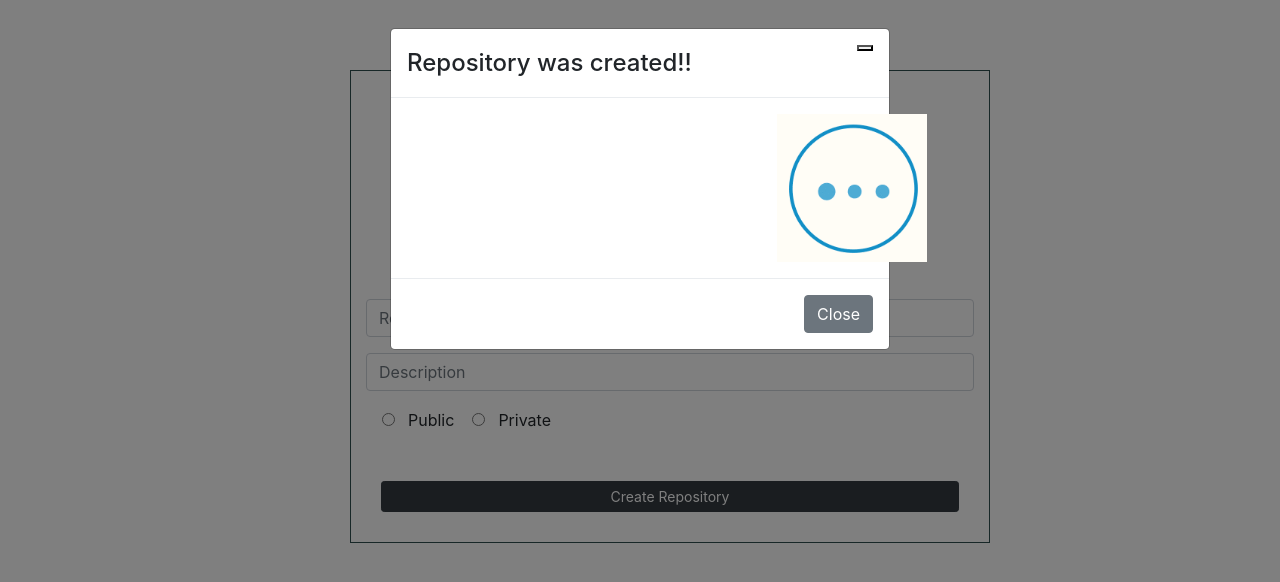
Repository: rashmikagamage/OAuth-Implementation
Page: /auth/github/callback (app in frontend/), after clicking the first element matching `button.btn`
These files come from the project's save history. The page is drawn as it stood at one moment and after the next save; the edit follows.
The browser window is 1280 px wide. The pictures show the whole page.
The page's requests for data from a server got no answer. Some web libraries are served in a nearby version. The project was rebuilt for these pictures with package versions that can differ from the ones it lists, and the page was loaded fresh each time. No one was signed in, and anything a server would have sent is missing. Also part of the build but not shown: frontend/src/css/twitter.css, frontend/src/components/login.js, frontend/src/components/twitter-home.js, frontend/src/components/login-git.js, frontend/src/App.css.

Above is the page before, as saved 2021-10-01 10:39:09.

### frontend/public/index.html
<!DOCTYPE html>
<html lang="en">
  <head>
    <meta charset="utf-8" />
    <link rel="icon" href="%PUBLIC_URL%/favicon.ico" />
    <meta name="viewport" content="width=device-width, initial-scale=1" />
    <meta name="theme-color" content="#000000" />
    <meta
      name="description"
      content="Web site created using create-react-app"
    />
    <link rel="apple-touch-icon" href="%PUBLIC_URL%/logo192.png" />
    <!--
      manifest.json provides metadata used when your web app is installed on a
      user's mobile device or desktop. See https://developers.google.com/web/fundamentals/web-app-manifest/
    -->
    <link rel="manifest" href="%PUBLIC_URL%/manifest.json" />
    <link rel="stylesheet" href="https://pro.fontawesome.com/releases/v5.13.0/css/all.css">
    <link rel="shortcut icon" href="%PUBLIC_URL%/favicon.ico">
    <!--
      Notice the use of %PUBLIC_URL% in the tags above.
      It will be replaced with the URL of the `public` folder during the build.
      Only files inside the `public` folder can be referenced from the HTML.

      Unlike "/favicon.ico" or "favicon.ico", "%PUBLIC_URL%/favicon.ico" will
      work correctly both with client-side routing and a non-root public URL.
      Learn how to configure a non-root public URL by running `npm run build`.
    -->
    <link rel="stylesheet" href="https://maxcdn.bootstrapcdn.com/bootstrap/4.0.0/css/bootstrap.min.css" integrity="sha384-Gn5384xqQ1aoWXA+058RXPxPg6fy4IWvTNh0E263XmFcJlSAwiGgFAW/dAiS6JXm" crossorigin="anonymous">
    <title>React App</title>

  </head>
  <body>

    <noscript>You need to enable JavaScript to run this app.</noscript>
    <div id="root"></div>
    <!--
      This HTML file is a template.
      If you open it directly in the browser, you will see an empty page.

      You can add webfonts, meta tags, or analytics to this file.
      The build step will place the bundled scripts into the <body> tag.

      To begin the development, run `npm start` or `yarn start`.
      To create a production bundle, use `npm run build` or `yarn build`.
    -->
    <script src="https://code.jquery.com/jquery-3.2.1.slim.min.js" integrity="sha384-KJ3o2DKtIkvYIK3UENzmM7KCkRr/rE9/Qpg6aAZGJwFDMVNA/GpGFF93hXpG5KkN" crossorigin="anonymous"></script>
    <script src="https://cdnjs.cloudflare.com/ajax/libs/popper.js/1.12.9/umd/popper.min.js" integrity="sha384-ApNbgh9B+Y1QKtv3Rn7W3mgPxhU9K/ScQsAP7hUibX39j7fakFPskvXusvfa0b4Q" crossorigin="anonymous"></script>
    <script src="https://maxcdn.bootstrapcdn.com/bootstrap/4.0.0/js/bootstrap.min.js" integrity="sha384-JZR6Spejh4U02d8jOt6vLEHfe/JQGiRRSQQxSfFWpi1MquVdAyjUar5+76PVCmYl" crossorigin="anonymous"></script>
  </body>
</html>

### frontend/src/App.js
import Login from './components/login';
import GitHome from './components/git-home';
import TwitterHome from './components/twitter-home';
import LoginGit from './components/login-git';
import {BrowserRouter as Router, Route} from "react-router-dom";
import './App.css';


function App() {
  return (
    <Router>{
      <div>
          <switch>
              <Route path="/login" component={Login}/>
              <Route path="/logingit" component={LoginGit}/>
              <Route path="/auth/github/callback" component={GitHome}/>
              <Route path="/auth/twitter/callback" component={TwitterHome}/>
          </switch>
      </div>
  }

  </Router>
  );
}

export default App;

### frontend/src/components/git-home.js
import "../css/git.css";
import { Button,Modal } from 'react-bootstrap';
import code from "../images/code.png";
import tick from "../images/tick.gif";
import React, { useState } from "react";
const Axios = require("axios").default;


function GitHome(props) {

    const createRepos = async () => {

      Axios({
        method: "POST",
        withCredentials: true,
        url: "http://localhost:4000/git/createrepos",
      }).then((res) => console.log(res));
      handleShow();

  };

  const [show, setShow] = useState(false);
  const handleClose = () => setShow(false);
  function handleShow(){
  setShow(true)
}

  return (
    <div class="main">
        <div>
        <Modal
          show={show}
          onHide={handleClose}
          backdrop="static"
          keyboard={false}
        >
          <Modal.Header closeButton>
            <Modal.Title>Repository was created!!</Modal.Title>
          </Modal.Header>
          <Modal.Body>
            <div className = "modalimg">
       <img src={tick}  alt="Avatar" class="img"></img>
       </div>
          </Modal.Body>
          <Modal.Footer >
            <Button variant="secondary" onClick={handleClose}>
              Close
            </Button>
          </Modal.Footer>
        </Modal>
        </div>
       <img src={code} alt="Avatar" class="img"></img>
      <form>
        <div class="form-group row mt-5">
          <input
            type="text"
            class="form-control"
            id="formGroupExampleInput"
            placeholder="Repository Name"
          ></input>
          <input
            type="text"
            class="form-control mt-3"
            id="formGroupExampleInput"
            placeholder="Description"
          ></input>
        </div>
        <table>
          <tr>
            <td>
              <div class="form-check">
                <input
                  class="form-check-input position-static"
                  type="radio"
                  name="public"
                  id="true"
                  value="option1"
                  aria-label="..."
                ></input>
              </div>
            </td>
            <td>
              <label class="form-check-label ml-1 mr-3" for="exampleRadios2">
                Public
              </label>
            </td>
            <td>
              <div class="form-check">
                <input
                  class="form-check-input position-static"
                  type="radio"
                  name="private"
                  id="false"
                  value="false"
                  aria-label="..."
                ></input>
              </div>
            </td>
            <td>
              <label class="form-check-label ml-1 mr-3" for="exampleRadios2">
                Private
              </label>
            </td>
          </tr>
        </table>
      </form>
      <button type="button" class="btn btn-dark btn-sm btn-block mt-5" onClick = {()=>createRepos()}>Create Repository</button>
    </div>
  );
}

export default GitHome;

### frontend/src/css/git.css
.main{
  margin-top: 70px;
  margin-left: 350px;
  width: 50%;
  border: 1px solid darkslategray;
  padding: 30px;

}
.img{
    width: 150px;
    margin-left: 220px;
}

.modalimg{

  margin-left: 150px;

}

Loaded but not shown: frontend/src/index.js (common file); frontend/src/index.css (common file); frontend/src/reportWebVitals.js (common file)

After the next save:
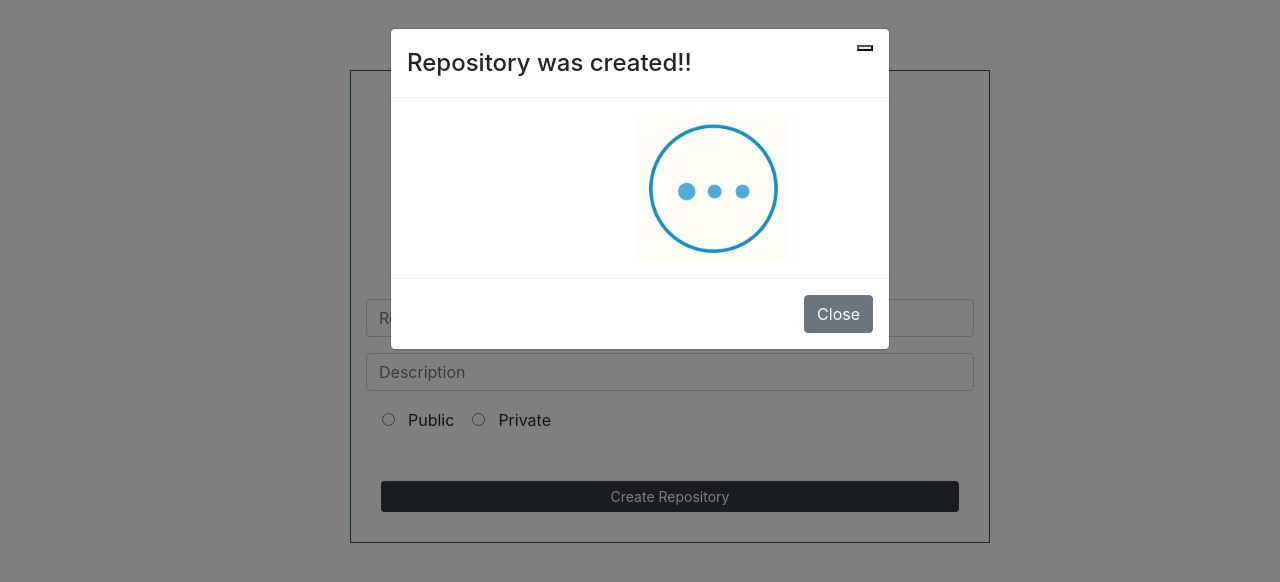
Saved 20 s later.
--- a/frontend/src/css/git.css
+++ b/frontend/src/css/git.css
@@ -13,6 +13,6 @@
 
 .modalimg{
 
-  margin-left: 150px;
+  margin-left: 10px;
 
 }
